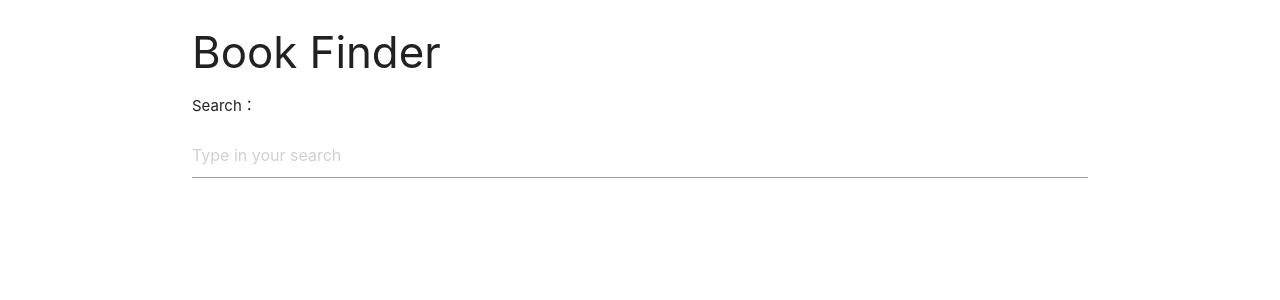
Repository: ayachika/chingu-solo-project
Page: index.html
The author's editor kept a record of every edit. The page is drawn from the files as they stood at one moment, then again after the next edit.
The browser window is 1280 px wide. The pictures show the whole page.
Some web libraries are served in a nearby version.

Above is the page before.

After the next edit:
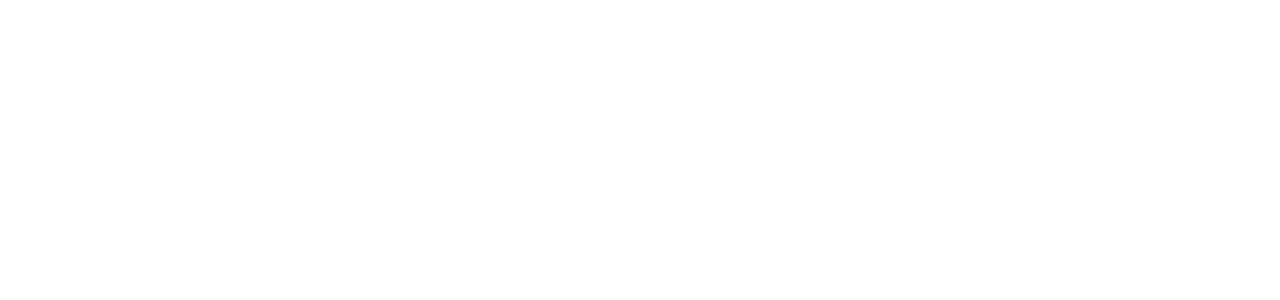
The edit:
--- a/index.html
+++ b/index.html
@@ -22,7 +22,7 @@
                   <p>{{item.volumeInfo.title}}</p>
                 </div>
 
-                <div class="bool-info">
+
                   <div class="card-thumbnail">
                     <img v-bind:src="item.volumeInfo.imageLinks.thumbnail" />
                   </div>

After the edit that followed:
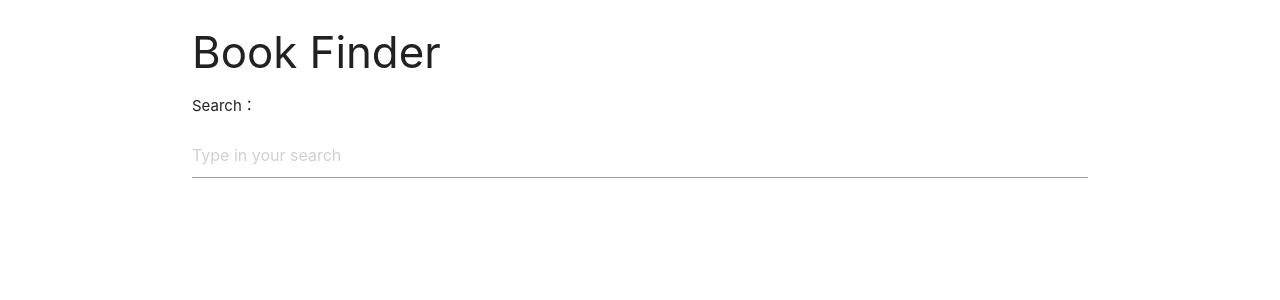
The edit:
--- a/index.html
+++ b/index.html
@@ -26,7 +26,7 @@
                   <div class="card-thumbnail">
                     <img v-bind:src="item.volumeInfo.imageLinks.thumbnail" />
                   </div>
-
+              <div class="book-info">
                   <div class="card-authors">
                     <p>{{item.volumeInfo.authors}}</p>
                   </div>
